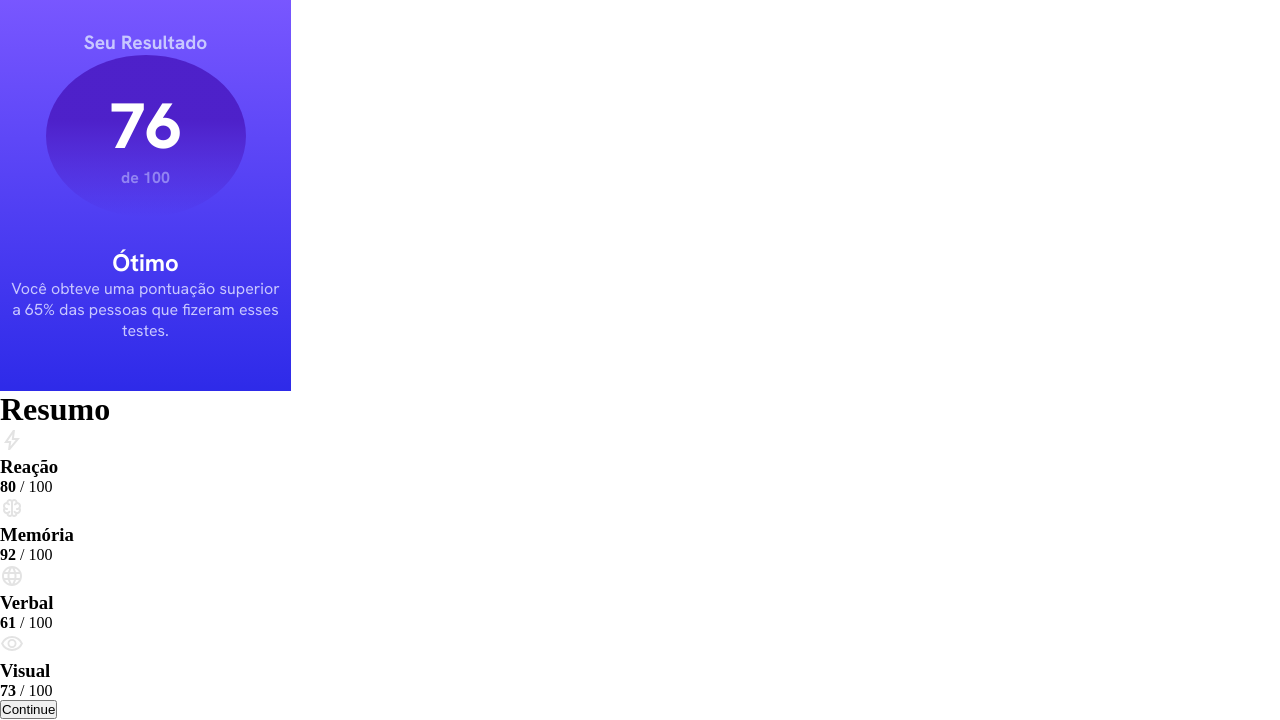
Repository: caique2512/resumo-de-resultados
Page: index.html
These files come from the project's save history. The page is drawn as it stood at one moment and after a run of saves; the edit follows.
The browser window is 1280 px wide. The pictures show the whole page.

Above is the page before, as saved 2026-03-09 17:02:04.

After the next 2 saves:
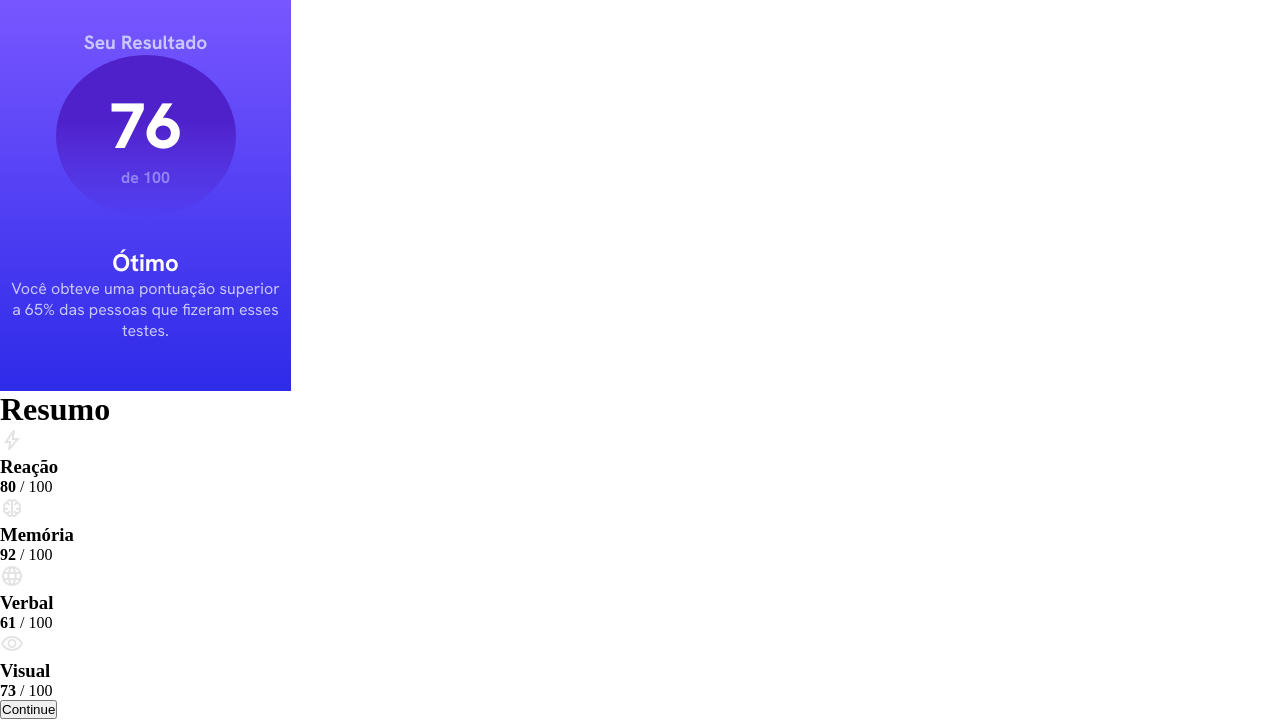
The 2 saves are shown as one change because they came seconds apart.
The last was saved 9 s later.
--- a/src/css/estilos.css
+++ b/src/css/estilos.css
@@ -19,7 +19,7 @@
 
 .circulo {
     background: linear-gradient(hsla(256, 72%, 46%, 1) 40%, hsla(241, 72%, 46%, 0));
-    width: 200px;
+    width: 180px;
     height: 200px;
     border-radius: 50%;
     display: flex;
